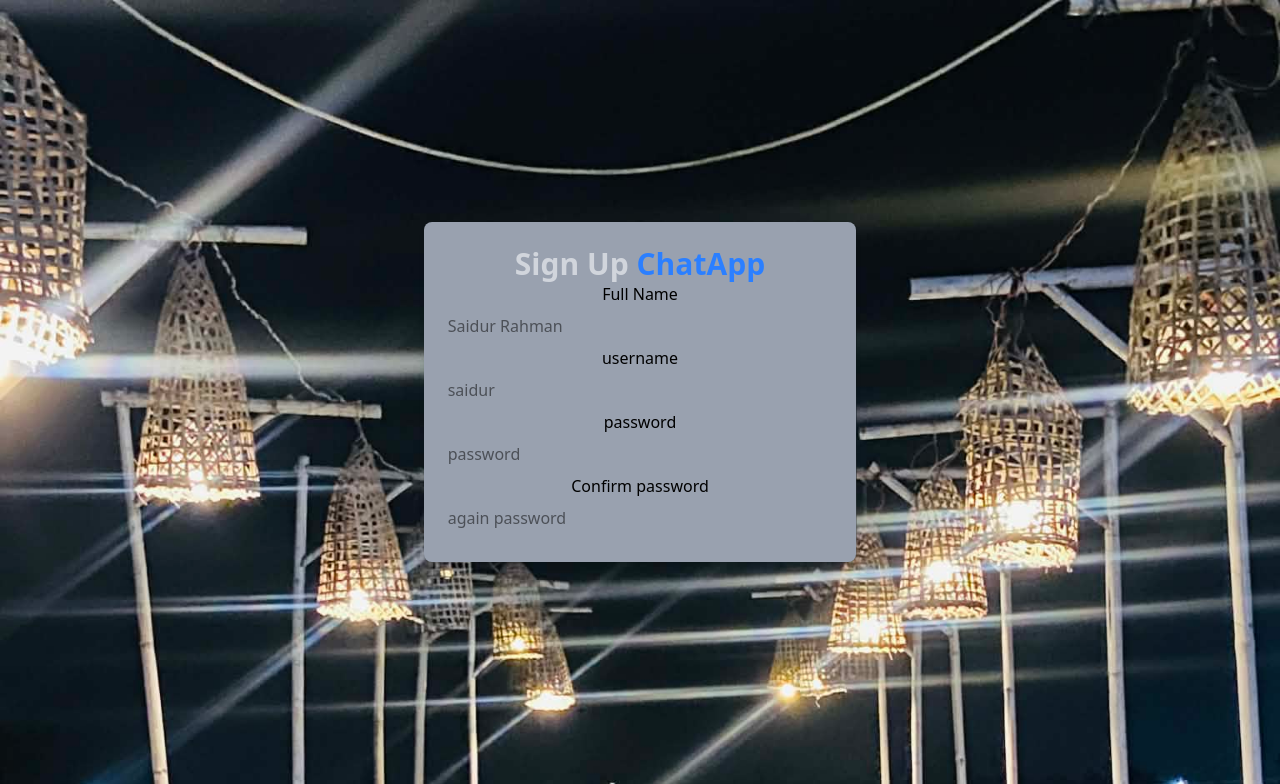
Repository: ridhukhan/chatapp
Page: / (app in frontend/)
The author's editor kept a copy of each file at every save. The page is drawn from the files as they stood at one save, then again after the next save.
The browser window is 1280 px wide. The pictures show the whole page.
Backgrounds fixed to the window are drawn as part of the page. The project was rebuilt for these pictures with package versions that can differ from the ones it lists, and the page was loaded fresh each time. Also part of the build but not shown: frontend/vite.config.js, frontend/src/Pages/login/Login.jsx.

Above is the page before, as saved 2025-12-25 13:16:57.

After the next save:
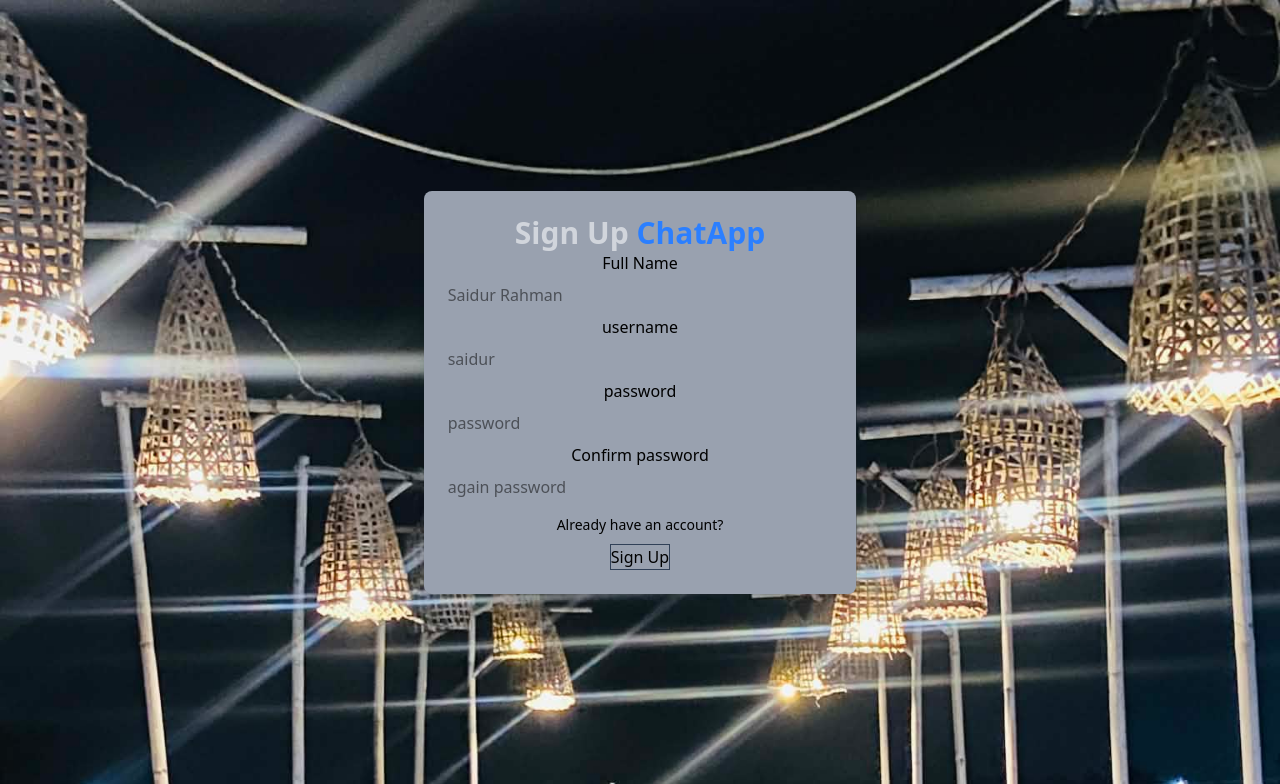
Saved 2 min 48 s later.
--- a/frontend/src/Pages/signup/SignUp.jsx
+++ b/frontend/src/Pages/signup/SignUp.jsx
@@ -42,8 +42,13 @@
 </div>
 
 
+					<a className='text-sm hover:underline hover:text-blue-600 mt-2 inline-block' href='#'>
+ 						Already have an account?
+					</a>
 
-
+					<div>
+						<button className='btn btn-block btn-sm mt-2 border border-slate-700'>Sign Up</button>
+</div>
 
 
 
